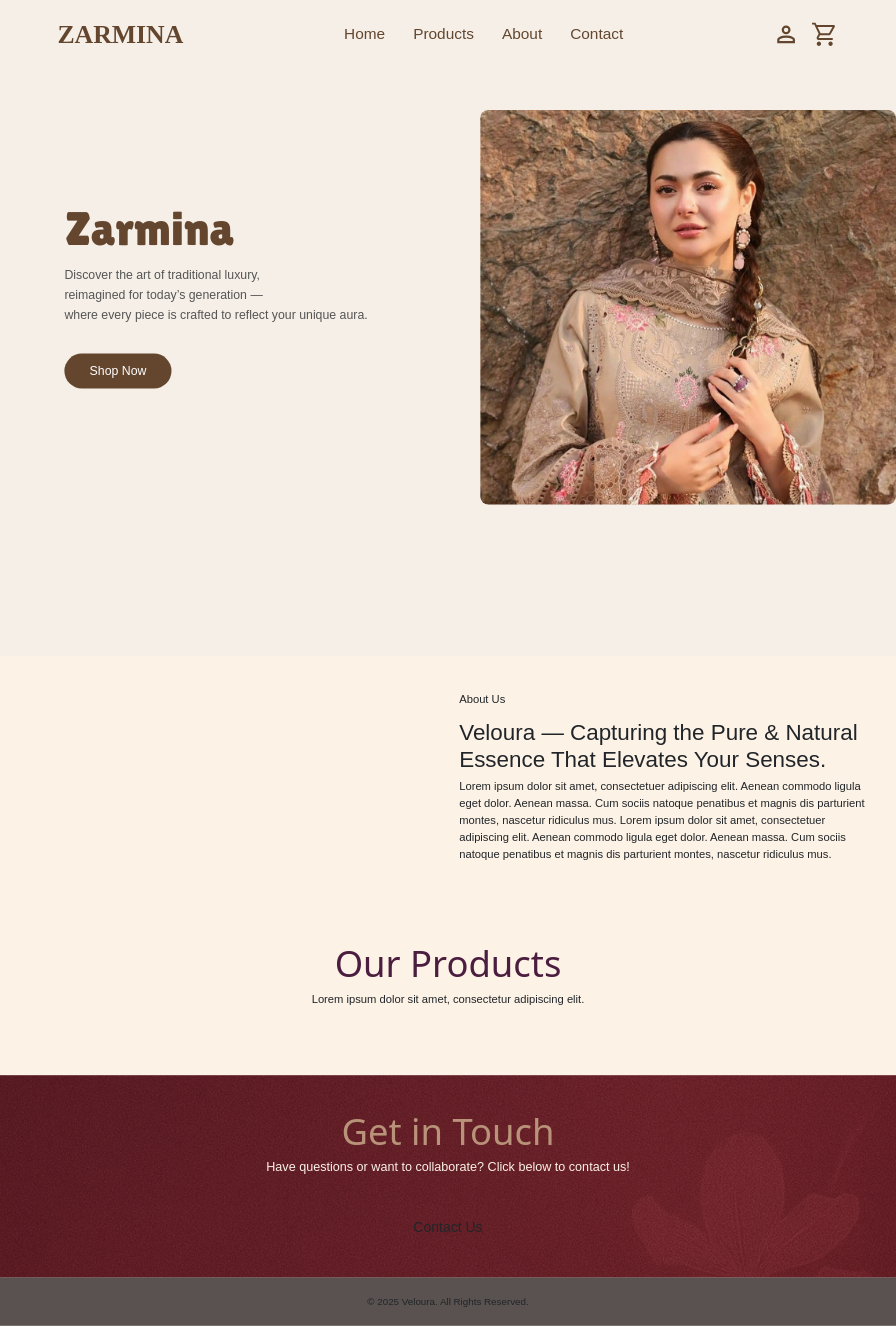
Repository: ayeshatehreem77/Clothing-store
Page: / (app in perfumes-app/)
These files come from the project's save history. The page is drawn as it stood at one moment and after the next save; the edit follows.
The browser window is 1280 px wide. The pictures show the whole page, at 70% of full size.
Pictures or frames that could not be fetched are drawn as grey boxes. The page's requests for data from a server got no answer. Some web fonts or font styles are not loaded; a fallback is used. The project was rebuilt for these pictures with package versions that can differ from the ones it lists, and the page was loaded fresh each time. No one was signed in, and anything a server would have sent is missing. Also part of the build but not shown: perfumes-app/src/components/Alert.js.

Above is the page before, as saved 2025-10-29 00:01:17.

### perfumes-app/public/index.html
<!DOCTYPE html>
<html lang="en">

<head>
  <meta charset="utf-8" />
  <link rel="icon" href="%PUBLIC_URL%/favicon.ico" />
  <meta name="viewport" content="width=device-width, initial-scale=1" />
  <meta name="theme-color" content="#000000" />
  <meta name="description" content="Web site created using create-react-app" />
  <link rel="apple-touch-icon" href="%PUBLIC_URL%/logo192.png" />
  <!--
      manifest.json provides metadata used when your web app is installed on a
      user's mobile device or desktop. See https://developers.google.com/web/fundamentals/web-app-manifest/
    -->
  <link rel="manifest" href="%PUBLIC_URL%/manifest.json" />

  <title>Zarmina</title>

  <link rel="preconnect" href="https://fonts.googleapis.com">
  <link rel="preconnect" href="https://fonts.gstatic.com" crossorigin>
  <link href="https://fonts.googleapis.com/css2?family=Libertinus+Serif+Display&family=Lilita+One&display=swap"
    rel="stylesheet">

</head>

<body>
  <noscript>You need to enable JavaScript to run this app.</noscript>
  <div id="root"></div>
  <!--
      This HTML file is a template.
      If you open it directly in the browser, you will see an empty page.

      You can add webfonts, meta tags, or analytics to this file.
      The build step will place the bundled scripts into the <body> tag.

      To begin the development, run `npm start` or `yarn start`.
      To create a production bundle, use `npm run build` or `yarn build`.
    -->
</body>

</html>

### perfumes-app/src/index.js
import React from 'react';
import ReactDOM from 'react-dom/client';
import './index.css';
import 'bootstrap/dist/css/bootstrap.min.css';
import 'bootstrap/dist/js/bootstrap.bundle.min.js';
import App from './App';
import reportWebVitals from './reportWebVitals';
import { AuthProvider } from './context/AuthContext';

const root = ReactDOM.createRoot(document.getElementById('root'));
root.render(
  <React.StrictMode>
    <AuthProvider>
    <App />
    </AuthProvider>
  </React.StrictMode>
);

// If you want to start measuring performance in your app, pass a function
// to log results (for example: reportWebVitals(console.log))
// or send to an analytics endpoint. Learn more: https://bit.ly/CRA-vitals
reportWebVitals();

### perfumes-app/src/context/AuthContext.js
// src/context/AuthContext.js
import React, { createContext, useState, useEffect } from "react";
import axios from "axios";

export const AuthContext = createContext();

export const AuthProvider = ({ children }) => {
  const [user, setUser] = useState(null);

  // ✅ Fetch user details from backend using token
  const fetchUser = async () => {
    const token = localStorage.getItem("token");
    if (!token) return;

    try {
      const res = await axios.get("http://localhost:4000/auth/user", {
        headers: { Authorization: `Bearer ${token}` },
      });
      setUser(res.data); // { userId, email, role }
    } catch (err) {
      console.error("Failed to fetch user:", err);
      localStorage.removeItem("token");
      setUser(null);
    }
  };

  // ✅ Auto-fetch user on first render (if token exists)
  useEffect(() => {
    fetchUser();
  }, []);

  // ✅ Handle login
  const login = async (email, password) => {
    try {
      const res = await axios.post("http://localhost:4000/auth/login", {
        email,
        password,
      });

      // backend returns { authToken: "..." }
      const token = res.data.authToken;
      if (!token) throw new Error("No token returned");

      localStorage.setItem("token", token);
      await fetchUser(); // instantly update user

      return true; // success
    } catch (err) {
      console.error("Login error:", err.response?.data || err.message);
      throw err.response?.data?.message || "Login failed";
    }
  };

  // ✅ Handle logout
  const logout = () => {
    localStorage.removeItem("token");
    setUser(null);
  };

  return (
    <AuthContext.Provider value={{ user, login, logout, fetchUser }}>
      {children}
    </AuthContext.Provider>
  );
};

### perfumes-app/src/App.css
body {
  font-family: 'Poppins', sans-serif;
  background-color: #FCF2E6;
}

html {
  scroll-behavior: smooth;
}


.veloura-logo {
  font-family: 'Playfair Display', serif;
  font-size: 2.3rem;
  color: #64462F !important;
}

.navbar {
  background: transparent !important;
}

button.navbar-toggler {
  border: none !important;
}

.navbar-toggler-icon {
  background-image: url("data:[embedded picture, 222 characters]");
}



.nav-link {
  color: #64462F !important;
  font-size: 22px;
}

.hero-section {
  background-color: #f5efe7;
  min-height: 100vh;
  display: flex;
  flex-direction: column;
  font-family: "Poppins", sans-serif;
}

/* =============== HERO LAYOUT =============== */
.hero-layout {
 display: flex;
    justify-content: center;
    align-items: flex-start;
    width: 100%;
    max-width: 1400px;
    height: 100vh;
    margin: 60px 0;

}

/* ---------- Left Section ---------- */
.hero-left {
    flex: 1 1;
    position: relative;
    margin: 133px 0px 0 92px;
}

.main-image {
  width: 100%;
  height: 564px;
  border-radius: 12px;
  overflow: hidden; /* ✅ ensures image stays inside box */
  position: relative;
  background-color: #93c5fd;
}

/* Make image fill box properly */
.main-image img {
  width: 100%;
  height: 100%;
  object-fit: cover; /* ✅ maintains aspect ratio without stretching */
  object-position: center;
  display: block;
}


.side-handle {
  position: absolute;
  left: -50px;
  bottom: 50%;
  transform: rotate(-90deg);
  font-size: 14px;
  color: #555;
  letter-spacing: 2px;
}

/* ---------- Right Section ---------- */
.hero-right {
  flex: 1;
  display: flex;
  flex-direction: column;
  justify-content: space-between;
  gap: 2rem;
}

/* Text Area */
.hero-text h2 {
  font-size: 1.6rem;
  color: #6c6c6c;
  margin-bottom: 5px;
  letter-spacing: 2px;
}

.hero-text h1 {
  font-family: "Lilita One", sans-serif;
  font-weight: 400;
  font-style: normal;
  font-size: 4.2rem;
  color: #64462F;
  line-height: 1.1;
}

.hero-text p {
  font-size: 1.1rem;
  color: #555;
  margin-top: 15px;
  line-height: 1.6;
}

.shop-btn {
  background-color: #64462F;
  color: white;
  border: none;
  padding: 12px 36px;
  border-radius: 40px;
  font-size: 1.1rem;
  margin-top: 25px;
  cursor: pointer;
  transition: background-color 0.3s ease;
}

.shop-btn:hover {
  background-color: #a3846d;
}

/* Small Image Grid */
.image-grid {
  display: grid;
  grid-template-columns: repeat(2, 1fr);
  gap: 20px;
}

.small-box {
  height: 200px;
  background-color: #93c5fd;
  border-radius: 12px;
}

/* =============== RESPONSIVE DESIGN =============== */
@media (max-width: 992px) {
  .hero-layout {
    flex-direction: column;
    text-align: center;
  }

  .side-handle {
    display: none;
  }

  .hero-text h1 {
    font-size: 3rem;
  }

  .main-image {
    height: 400px;
  }
}


.products-section h2 {
  font-family: "Libertinus Serif Display", system-ui;
  font-weight: 400;
  font-style: normal;
  font-size: 52px;
  color: #4B1D3F;
}

.product-card {
  transition: all 0.3s ease-in-out;
  border-radius: 10px;
  background: transparent;
}

.card-img {
  border-radius: 10px;
  /* background: #FCF2E6; */
  background: #4B1D3F;
}

.product-card:hover {
  transform: translateY(-5px);
}

.card-text,
.card-title {
  font-size: 23px;
  color: #4B1D3F;
}

/* about us */

.aboutus {
  display: grid;
  grid-template-columns: 1fr 1fr;
  gap: 2rem;
  align-items: center;
  padding: 2rem;
  background: #FCF2E6;
}

.right-section video {
  width: 70%;
  max-height: 80vh;
  height: 100%;
  object-fit: cover;
  display: block;
}

/* product details */


.modal-header p {
  font-size: 14px;
  color: #451b277a;
}

.product-img {
  width: 100%;
  border-radius: 10px;
}

.product-title {
  font-family: "Libertinus Serif Display", system-ui;
  font-weight: 400;
  font-style: normal;
  font-size: 36px;
  color: #4B1D3F;
}



.modal-content {
  background: #FCF2E6 !important;
  margin: auto !important;
  height: 98vh;
  overflow: hidden;
}

.breadcrumb-item a {
  text-decoration: none !important;
  color: black !important;
}

.modal-dialog {
  max-width: 900px;
  display: flex;
  align-items: center;
  justify-content: center;
  min-height: calc(100vh - 2rem); /* keeps it centered */
}

/* Optional - pretty scrollbar inside modal */
.modal-content::-webkit-scrollbar {
  width: 8px;
}
.modal-content::-webkit-scrollbar-thumb {
  background: #d4b191;
  border-radius: 10px;
}
.modal-content::-webkit-scrollbar-thumb:hover {
  background: #b8937a;
}

.modal-body {
  padding: 2rem !important;
}

.gender,
.concentration {
  background-color: #D4B191;
  border-radius: 21%;
  padding: 6px 11px;
  margin-bottom: 5px;
}

.add-cart-btn {
  margin-top: 1rem;
  background-color: #D4B191;
  padding: 10px 25px;
  color: #451B27;
  font-weight: 600;
}

.product-detail {
  margin-top: 0;
  margin-bottom: 1rem;
  font-size: 13px;
  color: #8b745e;
}

.btn-close:focus {
  box-shadow: none !important;
  outline: none !important;
}

/* contact us */

.contact-us {
  background-image: url("Assets/contactus2-bg.png");
  background-position: center;
  background-repeat: no-repeat;
  background-size: cover;
}

.contact-section h2 {
  font-family: "Libertinus Serif Display", system-ui;
  font-weight: 400;
  font-style: normal;
  font-size: 52px;
  color: #b8937a;
  text-align: center;
}

.contact-section p {
  font-size: 18px;
  color: #FCF2E6;
  /* accent purple */
  margin-bottom: 3rem;
  text-align: center;
}

.contact-form {
  max-width: 600px;
  margin: 0 auto;
  display: grid;
  gap: 1.5rem;
}

.contact-form input,
.contact-form textarea {
  padding: 1rem 1.2rem;
  border: 2px solid #D4B191;
  /* brand pink/gold */
  border-radius: 10px;
  font-size: 16px;
  width: 100%;
  outline: none;
  transition: border 0.3s, box-shadow 0.3s;
}

.contact-form input:focus,
.contact-form textarea:focus {
  border-color: #5E1E27;
  /* pink highlight */
  box-shadow: 0 0 10px rgba(252, 65, 90, 0.2);
}

.contact-form button {
  background-color: #D4B191;
  color: #451B27;
  padding: 1rem 2.5rem;
  font-size: 18px;
  font-weight: 600;
  border: none;
  border-radius: 10px;
  cursor: pointer;
  transition: transform 0.3s, background 0.3s;
}

.contact-form button:hover {
  background-color: #5E1E27;
  color: #fff;
  transform: scale(1.05);
}

/* Responsive */
@media (max-width: 768px) {
  .contact-form {
    gap: 1rem;
  }

  .contact-section h2 {
    font-size: 36px;
  }

  .contact-section p {
    font-size: 16px;
  }
}

/* Copyright */

footer {
  position: relative;
  bottom: 0;
  width: 100%;
  background-color: #0b0708ac;
}

/* login modal */

.auth-modal-content {
  background-color: #fdf7f2 !important;
  border-radius: 16px;
  border: none;
  box-shadow: 0 4px 20px rgba(0, 0, 0, 0.1);
  height: 90vh !important;
  width: 70%;
}

.auth-title {
  color: #4c0d23;
  font-weight: 700;
}

.auth-login-btn {
  background-color: #4c0d23;
  color: #fff;
  border-radius: 12px;
  transition: background-color 0.3s ease;
}

.auth-login-btn:hover {
  background-color: #300818;
}

.auth-signup-btn {
  border: 2px solid #b8860b;
  color: #b8860b;
  border-radius: 12px;
  background-color: transparent;
  transition: all 0.3s ease;
}

.auth-signup-btn:hover {
  background-color: #b8860b;
  color: #fff;
}

.auth-forgot-link {
  color: #4c0d23;
  text-decoration: none;
  font-weight: 500;
}

.auth-forgot-link:hover {
  text-decoration: underline;
}

.authfade-enter {
  opacity: 0;
  transform: translateY(10px);
}
.authfade-enter-active {
  opacity: 1;
  transform: translateY(0);
  transition: opacity 300ms ease, transform 300ms ease;
}
.authfade-exit {
  opacity: 1;
  transform: translateY(0);
}
.authfade-exit-active {
  opacity: 0;
  transform: translateY(-10px);
  transition: opacity 300ms ease, transform 300ms ease;
}

### perfumes-app/src/components/Aboutus.js
import React, { useEffect, useRef } from 'react';

function Aboutus() {
  const videoRef = useRef(null);

  useEffect(() => {
    if (videoRef.current) {
      const playPromise = videoRef.current.play();
      if (playPromise !== undefined) {
        playPromise.catch((error) => {
          console.log("Autoplay prevented:", error);
        });
      }
    }
  }, []);

  return (
    <div id='about' className="aboutus" style={{  }}>
      <div className="right-section">
        <video
          ref={videoRef}
          autoPlay
          muted
          loop
          playsInline
          style={{ width: "100%", height: "auto", borderRadius: "12px", objectFit: "cover" }}
        >
          <source src="/assets/aboutusvideo.mp4" type="video/mp4" />
          Your browser does not support the video tag.
        </video>
      </div>
      <div className="left-section">
        <p>About Us</p>
        <h2>
          Veloura — Capturing the Pure & Natural Essence That Elevates Your Senses.
        </h2>
        <p>Lorem ipsum dolor sit amet, consectetuer adipiscing elit. Aenean commodo ligula eget dolor. Aenean massa. Cum sociis natoque penatibus et magnis dis parturient montes, nascetur ridiculus mus. Lorem ipsum dolor sit amet, consectetuer adipiscing elit. Aenean commodo ligula eget dolor. Aenean massa. Cum sociis natoque penatibus et magnis dis parturient montes, nascetur ridiculus mus. </p>
      </div>
    </div>
  );
}

export default Aboutus;

### perfumes-app/src/components/ContactForm.js
import React from 'react'

function ContactForm() {
  return (
    <div className='contact-us align-center text-center'>
        <div className='contact-section pt-5'>
      <h2>
        Get in Touch
      </h2>
      <p>
        Have questions or want to collaborate? Click below to contact us!
      </p>
        </div>
      <button
        type="button"
        className="btn btn-lg shopnow-btn mb-5 mt-0"
        data-bs-toggle="modal"
        data-bs-target="#contactModal"
      >
        Contact Us
      </button>
    </div>
  )
}

export default ContactForm

### perfumes-app/src/components/Footer.js
import React from "react";

function Footer() {
  const year = new Date().getFullYear();

  return (
    <footer
      className="text-center py-4"
    >
      <p style={{ margin: 0, fontSize: "14px" }}>
        &copy; {year} Veloura. All Rights Reserved.
      </p>
    </footer>
  );
}

export default Footer;

### perfumes-app/src/components/Hero.js
import React from "react";
import Navbar from "./Navbar";

function Hero() {
  return (
    <div className="hero-section">
      <Navbar />

      <div className="hero-layout">
        {/* Left Main Image Box */}
        <div className="hero-left">
          <div className="hero-text">
            <h1>Zarmina</h1>
            <p>
              Discover the art of traditional luxury, <br/> reimagined for today’s generation — <br/> where every piece is crafted to reflect your unique aura.
            </p>
            <button className="shop-btn">Shop Now</button>
          </div>
        </div>

        {/* Right Side Content */}
        <div className="hero-right">
          <div className="main-image">
            <img src="assets/hero-img1.jpg" alt="" />
          </div>
        </div>
      </div>
    </div>
  );
}

export default Hero;

### perfumes-app/src/components/Products.js
import React, { useEffect, useState } from "react";

function Products({ setSelectedProduct }) {
  const [products, setProducts] = useState([]);
  const [loading, setLoading] = useState(true);

  useEffect(() => {
    const fetchProducts = async () => {
      try {
        const res = await fetch("http://localhost:4000/products");
        const data = await res.json();
        setProducts(data.data || data);
      } catch (error) {
        console.error("Failed to fetch products:", error);
      } finally {
        setLoading(false);
      }
    };

    fetchProducts();
  }, []);

  if (loading) return <p className="text-center">Loading products...</p>;

  return (
    <div id="products" className="products-section py-5">
      <div className="container w-75">
        <div className="product-text text-center mb-5">
          <h2>Our Products</h2>
          <p className="mx-5 mb-5">
            Lorem ipsum dolor sit amet, consectetur adipiscing elit.
          </p>
        </div>

        <div className="row">
          {products.map((product) => (
            <div className="col-md-4 mb-4" key={product._id}>
              <div
                className="card border-0 product-card h-100"
                data-bs-toggle="modal"
                data-bs-target="#productsDetails"
                onClick={() => setSelectedProduct(product)}
              >
                <img
                  src={`http://localhost:4000${product.images?.[0]?.url}`}
                  className="card-img card-img-top"
                  alt={product.name}
                />
                <div className="card-body text-center">
                  <h5 className="card-title">{product.name}</h5>
                  <p className="card-text">${product.price}</p>
                </div>
              </div>
            </div>
          ))}
        </div>
      </div>
    </div>
  );
}

export default Products;

### perfumes-app/src/components/Navbar.js
import React, { useContext } from "react";
import { AuthContext } from "../context/AuthContext";

function Navbar() {
  const { user, logout } = useContext(AuthContext);

  return (
    <nav className="navbar navbar-expand-lg py-3">
      <div className="container d-flex justify-content-between align-items-center">
        <a className="navbar-brand fw-bold text-uppercase veloura-logo" href="/">
          Zarmina
        </a>

        <ul className="navbar-nav mx-auto d-lg-flex flex-row gap-4">
          <li className="nav-item"><a className="nav-link" href="/">Home</a></li>
          <li className="nav-item"><a className="nav-link" href="#products">Products</a></li>
          <li className="nav-item"><a className="nav-link" href="#about">About</a></li>
          <li className="nav-item">
            <a className="nav-link" href="/" data-bs-toggle="modal" data-bs-target="#contactModal">Contact</a>
          </li>
        </ul>

        <div className="d-none d-lg-flex align-items-center gap-3">
            <a
              className="nav-link p-0"
              href="#"
              data-bs-toggle="modal"
              data-bs-target="#authModal"
            >
              <svg xmlns="http://www.w3.org/2000/svg" height="38px" viewBox="0 -960 960 960" width="38px" fill="#64462F"><path d="M480-480q-66 0-113-47t-47-113q0-66 47-113t113-47q66 0 113 47t47 113q0 66-47 113t-113 47ZM160-160v-112q0-34 17.5-62.5T224-378q62-31 126-46.5T480-440q66 0 130 15.5T736-378q29 15 46.5 43.5T800-272v112H160Zm80-80h480v-32q0-11-5.5-20T700-306q-54-27-109-40.5T480-360q-56 0-111 13.5T260-306q-9 5-14.5 14t-5.5 20v32Zm240-320q33 0 56.5-23.5T560-640q0-33-23.5-56.5T480-720q-33 0-56.5 23.5T400-640q0 33 23.5 56.5T480-560Zm0-80Zm0 400Z" /></svg>
            </a>

          <a
            href="#"
            className="nav-link"
            data-bs-toggle="modal"
            data-bs-target="#cartModal"
          >
            <svg xmlns="http://www.w3.org/2000/svg" height="40px" viewBox="0 -960 960 960" width="40px" fill="#64462F"><path d="M284.53-80.67q-30.86 0-52.7-21.97Q210-124.62 210-155.47q0-30.86 21.98-52.7Q253.95-230 284.81-230t52.69 21.98q21.83 21.97 21.83 52.83t-21.97 52.69q-21.98 21.83-52.83 21.83Zm400 0q-30.86 0-52.7-21.97Q610-124.62 610-155.47q0-30.86 21.98-52.7Q653.95-230 684.81-230t52.69 21.98q21.83 21.97 21.83 52.83t-21.97 52.69q-21.98 21.83-52.83 21.83ZM238.67-734 344-515.33h285.33l120-218.67H238.67ZM206-800.67h589.38q22.98 0 34.97 20.84 11.98 20.83.32 41.83L693.33-490.67q-11 19.34-28.87 30.67-17.87 11.33-39.13 11.33H324l-52 96h487.33V-286H278q-43 0-63-31.83-20-31.84-.33-68.17l60.66-111.33-149.33-316H47.33V-880h121.34L206-800.67Zm138 285.34h285.33H344Z"/></svg>
          </a>
        </div>
      </div>
    </nav>
  );
}

export default Navbar;

Loaded but not shown: perfumes-app/src/index.css (common file); perfumes-app/src/reportWebVitals.js (common file); perfumes-app/src/components/Login.js (294 lines, source omitted); perfumes-app/src/components/ProductsDetails.js (160 lines, source omitted); perfumes-app/src/components/AddToCart.js (158 lines, source omitted); perfumes-app/src/components/ContactModal.js (121 lines, source omitted); perfumes-app/src/App.js (116 lines, source omitted)

After the next save:
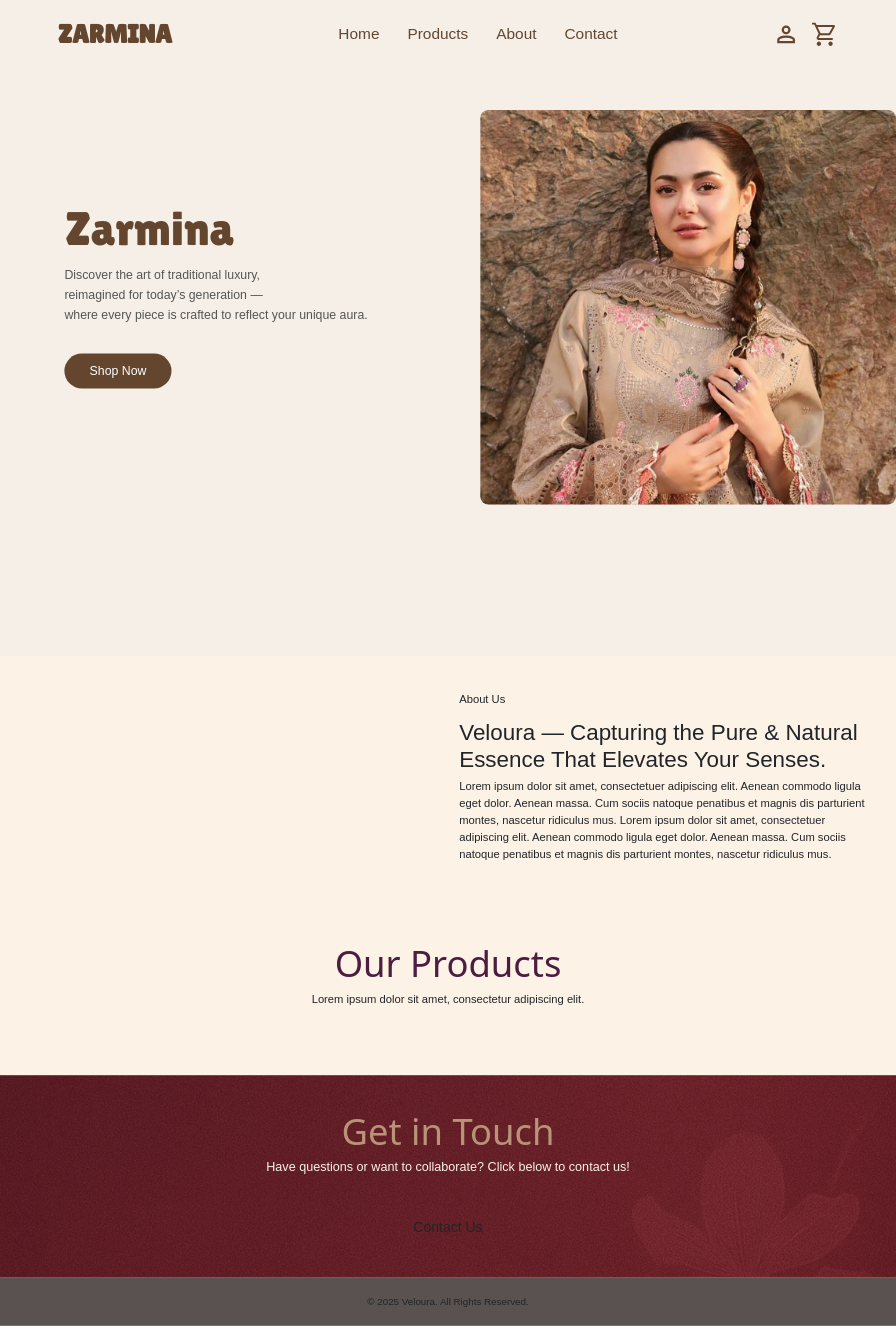
Saved 35 s later.
--- a/perfumes-app/src/App.css
+++ b/perfumes-app/src/App.css
@@ -9,7 +9,7 @@ html {
 
 
 .veloura-logo {
-  font-family: 'Playfair Display', serif;
+  font-family: "Lilita One", sans-serif;
   font-size: 2.3rem;
   color: #64462F !important;
 }
